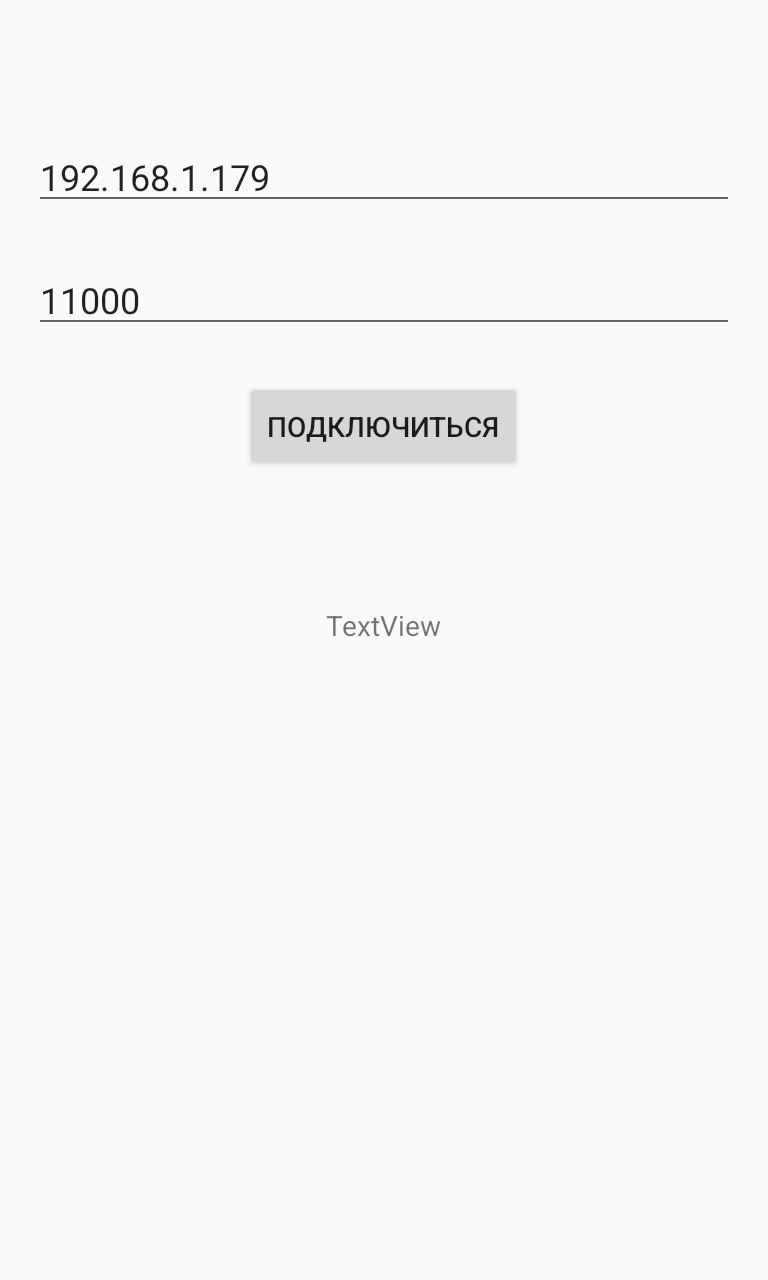
Repository: Laboratory711/Nightjar
Layout: android/Nightjar/workspace/Nightjar/res/layout/fragment_lab1.xml
These files come from the project's save history. The layout is drawn as it stood at one moment and after the next save; the edit follows.
It is drawn on a 768 x 1280 px phone screen (xhdpi) without system bars, with theme AppTheme; the app's code is not run.

Above is the layout before, as saved 2014-03-26 22:53:14.

### android/Nightjar/workspace/Nightjar/res/layout/fragment_lab1.xml
<RelativeLayout xmlns:android="http://schemas.android.com/apk/res/android"
    xmlns:tools="http://schemas.android.com/tools"
    android:layout_width="match_parent"
    android:layout_height="match_parent"
    android:paddingBottom="@dimen/activity_vertical_margin"
    android:paddingLeft="@dimen/activity_horizontal_margin"
    android:paddingRight="@dimen/activity_horizontal_margin"
    android:paddingTop="@dimen/activity_vertical_margin"
    tools:context="ru.vint.labsoo.Lab1$PlaceholderFragment" >

    <EditText
        android:id="@+id/editText2"
        android:layout_width="wrap_content"
        android:layout_height="wrap_content"
        android:layout_alignLeft="@+id/editText1"
        android:layout_alignParentLeft="true"
        android:layout_alignParentRight="true"
        android:layout_alignParentTop="false"
        android:layout_below="@+id/editText1"
        android:layout_marginTop="20dp"
        android:ems="10"
        android:hint="@string/text_Port"
        android:selectAllOnFocus="false"
        android:text="11000" >

    </EditText>

    <Button
        android:id="@+id/button1"
        android:layout_width="wrap_content"
        android:layout_height="wrap_content"
        android:layout_below="@+id/editText2"
        android:layout_centerHorizontal="true"
        android:layout_centerInParent="true"
        android:layout_centerVertical="true"
        android:layout_marginTop="20dp"
        android:onClick="onClickButtom1"
        android:text="@string/text_buttom_Name" />

    <EditText
        android:id="@+id/editText1"
        android:layout_width="wrap_content"
        android:layout_height="wrap_content"
        android:layout_alignParentLeft="true"
        android:layout_alignParentRight="true"
        android:layout_alignParentTop="true"
        android:layout_alignRight="@+id/button1"
        android:layout_marginTop="50dp"
        android:ems="10"
        android:hint="@string/text_IP"
        android:text="192.168.1.179" />

    <ProgressBar
        android:id="@+id/progressBar1"
        android:layout_width="wrap_content"
        android:layout_height="wrap_content"
        android:layout_below="@+id/button1"
        android:layout_centerHorizontal="true"
        android:layout_marginTop="18dp"
        android:visibility="invisible" />

    <TextView
        android:id="@+id/textView2"
        android:layout_width="wrap_content"
        android:layout_height="wrap_content"
        android:layout_below="@+id/progressBar1"
        android:layout_centerHorizontal="true"
        android:text="@string/TV_text" />

</RelativeLayout>

### android/Nightjar/workspace/Nightjar/res/values/strings.xml
<?xml version="1.0" encoding="utf-8"?>
<resources xmlns:android="http://schemas.android.com/apk/res/android">

    <string name="app_name">LabSOO</string>
    <string name="hello_world">Hello world!</string>
    <string name="action_settings">Настройки</string>
    <string android:layout_width="wrap_content" android:id="@+id/string1" android:layout_height="wrap_content" name="text_IP">IP Адрес сервера</string>
    <string android:id="@+id/string2" android:layout_height="wrap_content" android:layout_width="wrap_content" name="text_Port">Адрес порта</string>
    <string android:id="@+id/string3" android:layout_height="wrap_content" android:layout_width="wrap_content" name="text_buttom_Name">Подключиться</string>
    <string android:id="@+id/string4" android:layout_height="wrap_content" android:layout_width="wrap_content" name="TV_text">TextView</string>
	<string name="pref_IP">IP_adres</string>
	<string name="pref_Port">Prot</string>
</resources>

Loaded but not shown: android/Nightjar/workspace/Nightjar/res/values/styles.xml (common file); android/Nightjar/workspace/Nightjar/res/values-v11/styles.xml (common file); android/Nightjar/workspace/Nightjar/res/values-v14/styles.xml (common file); android/Nightjar/workspace/Nightjar/res/values/dimens.xml (common file); android/Nightjar/workspace/Nightjar/res/values-w820dp/dimens.xml (common file)

After the next save:
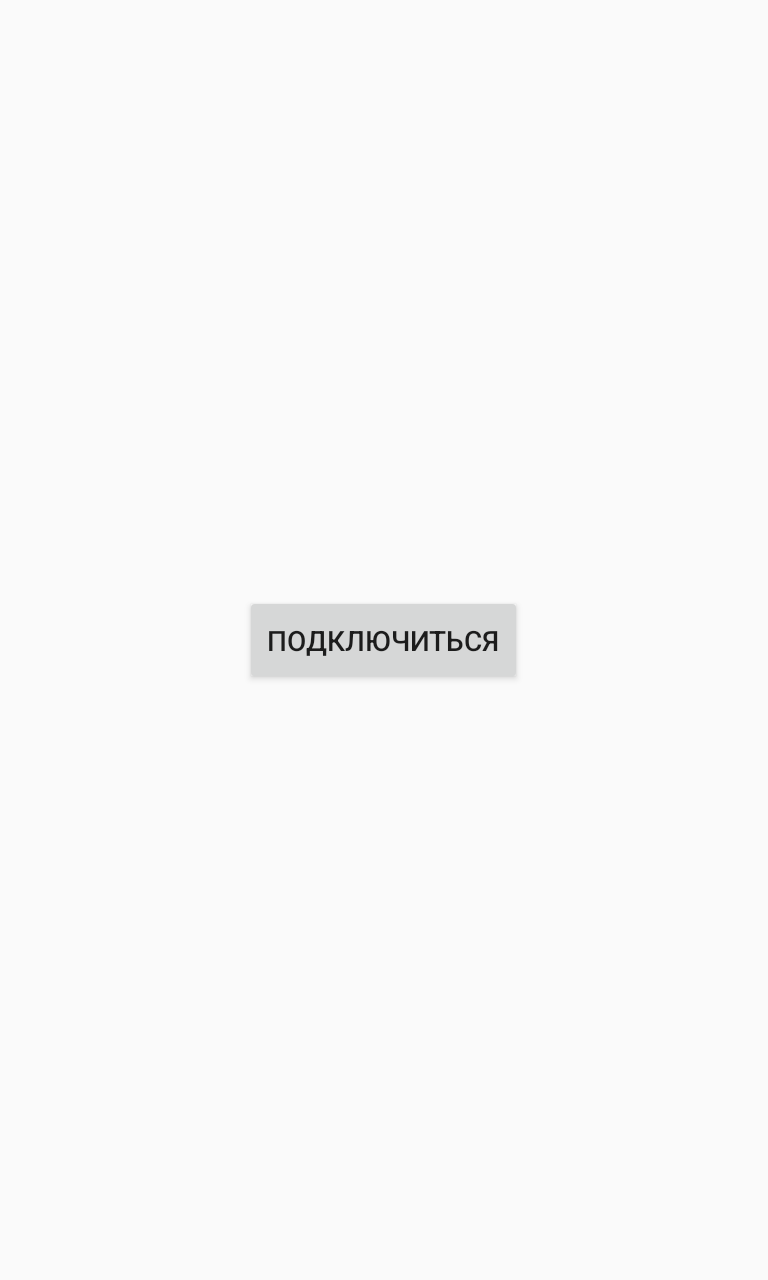
Saved 5 min 42 s later.
--- a/android/Nightjar/workspace/Nightjar/res/layout/fragment_lab1.xml
+++ b/android/Nightjar/workspace/Nightjar/res/layout/fragment_lab1.xml
@@ -8,47 +8,16 @@
     android:paddingTop="@dimen/activity_vertical_margin"
     tools:context="ru.vint.labsoo.Lab1$PlaceholderFragment" >
 
-    <EditText
-        android:id="@+id/editText2"
-        android:layout_width="wrap_content"
-        android:layout_height="wrap_content"
-        android:layout_alignLeft="@+id/editText1"
-        android:layout_alignParentLeft="true"
-        android:layout_alignParentRight="true"
-        android:layout_alignParentTop="false"
-        android:layout_below="@+id/editText1"
-        android:layout_marginTop="20dp"
-        android:ems="10"
-        android:hint="@string/text_Port"
-        android:selectAllOnFocus="false"
-        android:text="11000" >
-
-    </EditText>
-
     <Button
         android:id="@+id/button1"
         android:layout_width="wrap_content"
         android:layout_height="wrap_content"
-        android:layout_below="@+id/editText2"
         android:layout_centerHorizontal="true"
         android:layout_centerInParent="true"
         android:layout_centerVertical="true"
         android:layout_marginTop="20dp"
         android:onClick="onClickButtom1"
         android:text="@string/text_buttom_Name" />
-
-    <EditText
-        android:id="@+id/editText1"
-        android:layout_width="wrap_content"
-        android:layout_height="wrap_content"
-        android:layout_alignParentLeft="true"
-        android:layout_alignParentRight="true"
-        android:layout_alignParentTop="true"
-        android:layout_alignRight="@+id/button1"
-        android:layout_marginTop="50dp"
-        android:ems="10"
-        android:hint="@string/text_IP"
-        android:text="192.168.1.179" />
 
     <ProgressBar
         android:id="@+id/progressBar1"
--- a/android/Nightjar/workspace/Nightjar/res/values/strings.xml
+++ b/android/Nightjar/workspace/Nightjar/res/values/strings.xml
@@ -7,7 +7,7 @@
     <string android:layout_width="wrap_content" android:id="@+id/string1" android:layout_height="wrap_content" name="text_IP">IP Адрес сервера</string>
     <string android:id="@+id/string2" android:layout_height="wrap_content" android:layout_width="wrap_content" name="text_Port">Адрес порта</string>
     <string android:id="@+id/string3" android:layout_height="wrap_content" android:layout_width="wrap_content" name="text_buttom_Name">Подключиться</string>
-    <string android:id="@+id/string4" android:layout_height="wrap_content" android:layout_width="wrap_content" name="TV_text">TextView</string>
+    <string android:id="@+id/string4" android:layout_height="wrap_content" android:layout_width="wrap_content" name="TV_text"></string>
 	<string name="pref_IP">IP_adres</string>
 	<string name="pref_Port">Prot</string>
 </resources>
